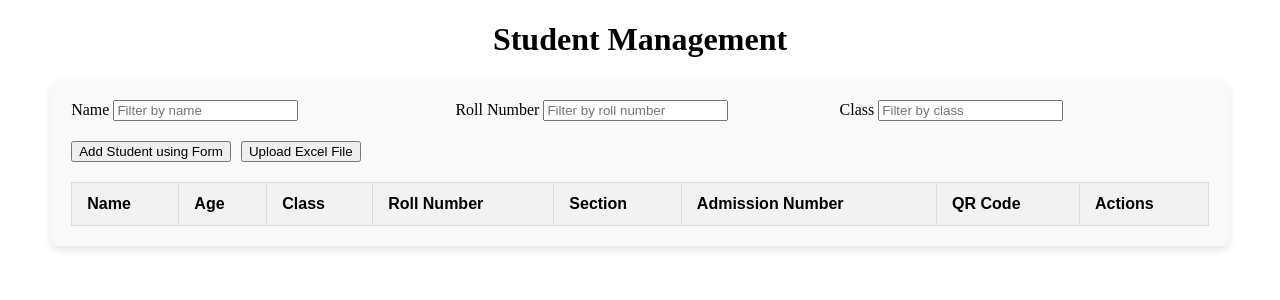
Repository: Hitesh8980/Student_Management
Page: / (app in Front-end/)
An editor plug-in stored every save of this project. The page is shown before and after a run of saves, followed by the edit.
The browser window is 1280 px wide. The pictures show the whole page.
The page's requests for data from a server got no answer. The project was rebuilt for these pictures with package versions that can differ from the ones it lists, and the page was loaded fresh each time. No one was signed in, and anything a server would have sent is missing. Also part of the build but not shown: Front-end/vite.config.js, Front-end/src/components/QrcodeGenerator.jsx, Front-end/src/components/StudentForm.jsx, Front-end/src/components/Fileupload.jsx.

Above is the page before, as saved 2024-09-18 16:59:23.

After the next 2 saves:
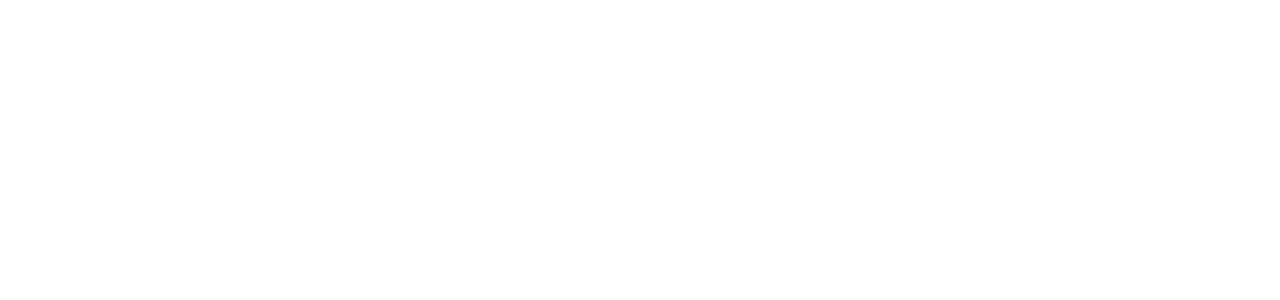
Console error: ReferenceError: border is not defined
The 2 saves are shown as one change because they came seconds apart.
The last was saved 49 s later.
--- a/Front-end/src/components/Studentlist.jsx
+++ b/Front-end/src/components/Studentlist.jsx
@@ -117,7 +117,7 @@
 </Form>
 
       {/* Buttons to toggle forms */}
-      <div className="button-group" style={{ margin: "20px 0" }}>
+      <div className="button-group" style={{ margin: "20px 0",border }}>
         <Button variant="primary" onClick={toggleForm}>
           Add Student using Form
         </Button>

After the save that followed:
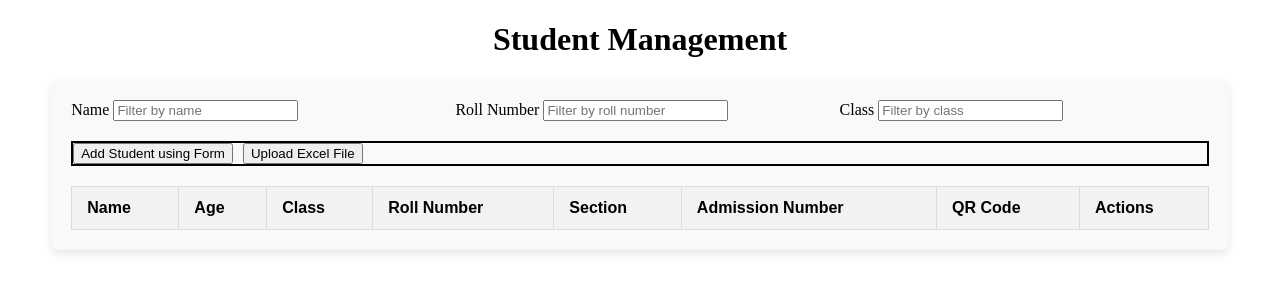
The error is gone.
Saved 5 s later.
--- a/Front-end/src/components/Studentlist.jsx
+++ b/Front-end/src/components/Studentlist.jsx
@@ -117,7 +117,7 @@
 </Form>
 
       {/* Buttons to toggle forms */}
-      <div className="button-group" style={{ margin: "20px 0",border }}>
+      <div className="button-group" style={{ margin: "20px 0",border:'2px solid black' }}>
         <Button variant="primary" onClick={toggleForm}>
           Add Student using Form
         </Button>
